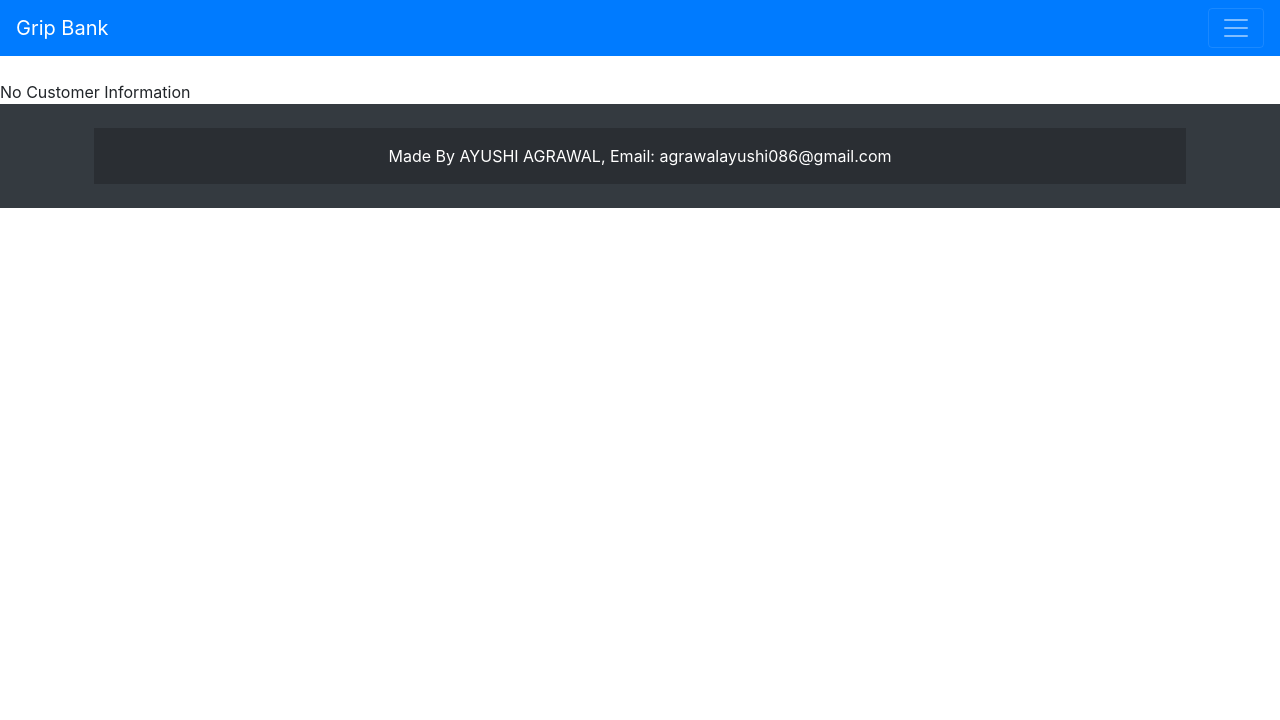
Repository: ayushiagrawal083/BasicBankingSystem
Page: http://localhost/Bank/allUsers.jsp
The author's editor kept a copy of each file at every save. The page is drawn from the files as they stood at one save, then again after the next save.
The browser window is 1280 px wide. The pictures show the whole page.
The page is served by Tomcat 9. Queries for data that is not in the repository find no rows.

Above is the page before, as saved 2022-10-21 10:58:45.
Console error: TypeError: Cannot read properties of undefined (reading 'fn')

After the next save:
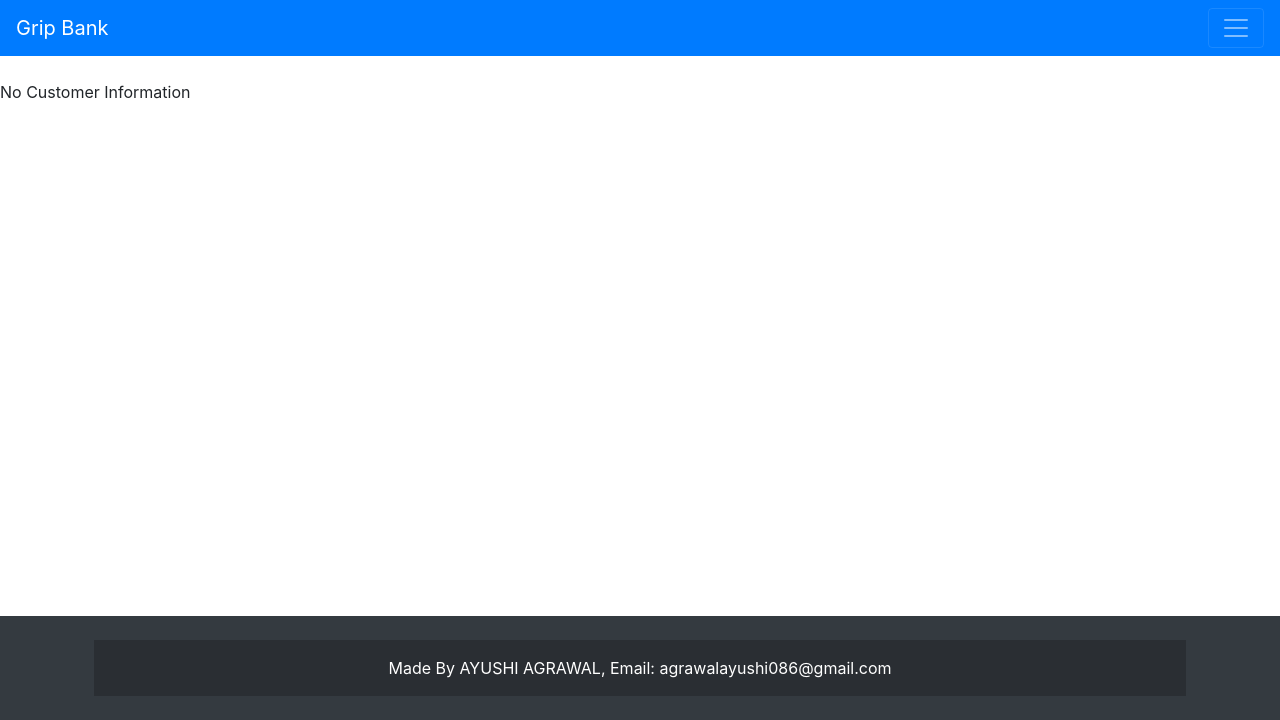
Saved 19 s later.
--- a/Bank/WebContent/allUsers.jsp
+++ b/Bank/WebContent/allUsers.jsp
@@ -105,7 +105,7 @@ else
 con.close();
 %>
 
-<footer class="bg-dark text-center text-white">
+<footer class="bg-dark text-center text-white footer">
 
   <div class="container p-4 pb-0">
   <div class="text-center p-3" style="background-color: rgba(0, 0, 0, 0.2);"> Made By AYUSHI AGRAWAL,  Email: agrawalayushi086@gmail.com
